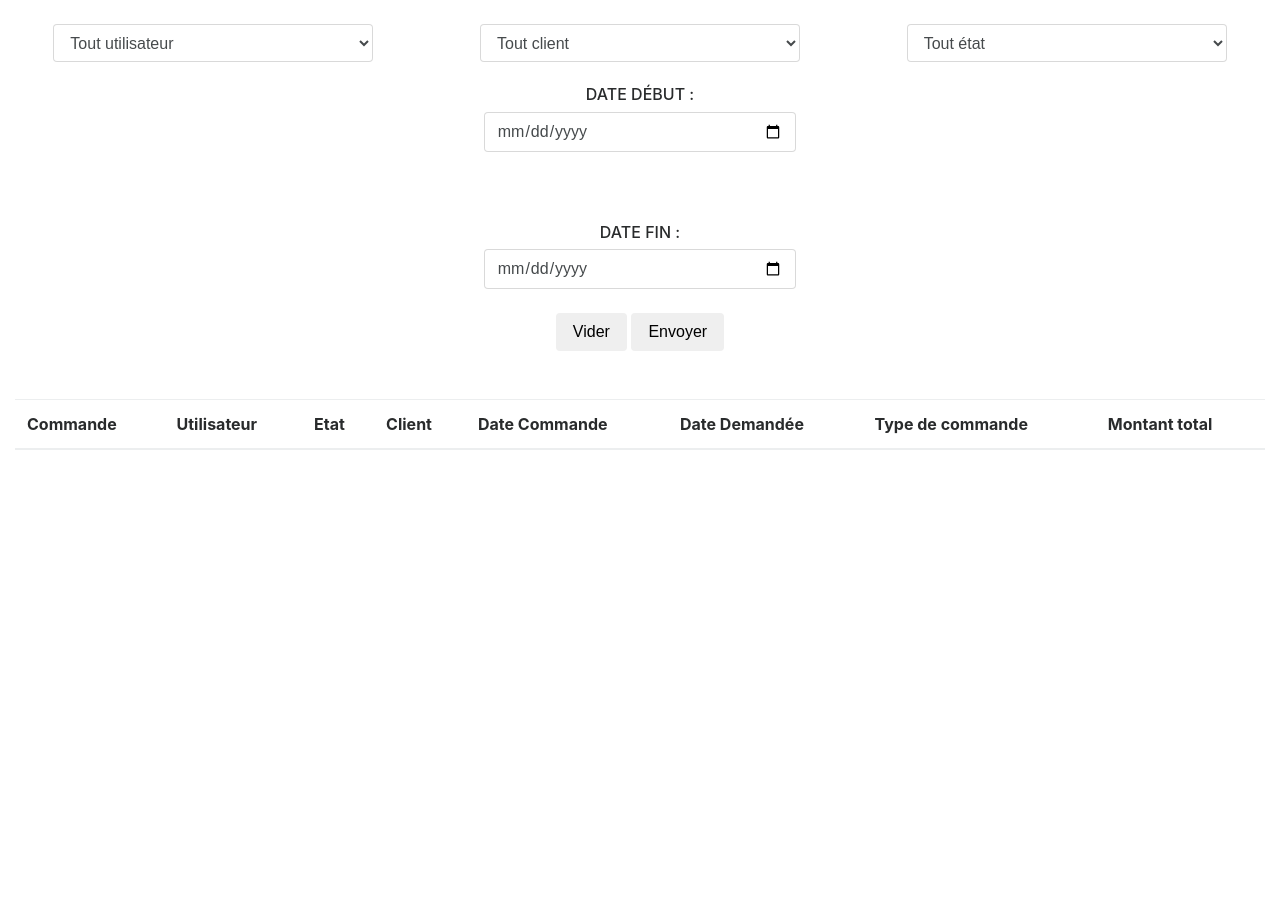
Repository: vmele/Cote
Page: http://localhost/PPE4_VMELE/reporting.jsp
These files come from the project's save history. The page is drawn as it stood at one moment and after the next save; the edit follows.
The browser window is 1280 px wide. The pictures show the whole page.
Some web libraries are served in a nearby version. The page is served by Tomcat 9. Queries for data that is not in the repository find no rows.

Above is the page before, as saved 2017-05-31 16:37:44.
Console error (its wording comes from the project's code and is left out).

After the next save:
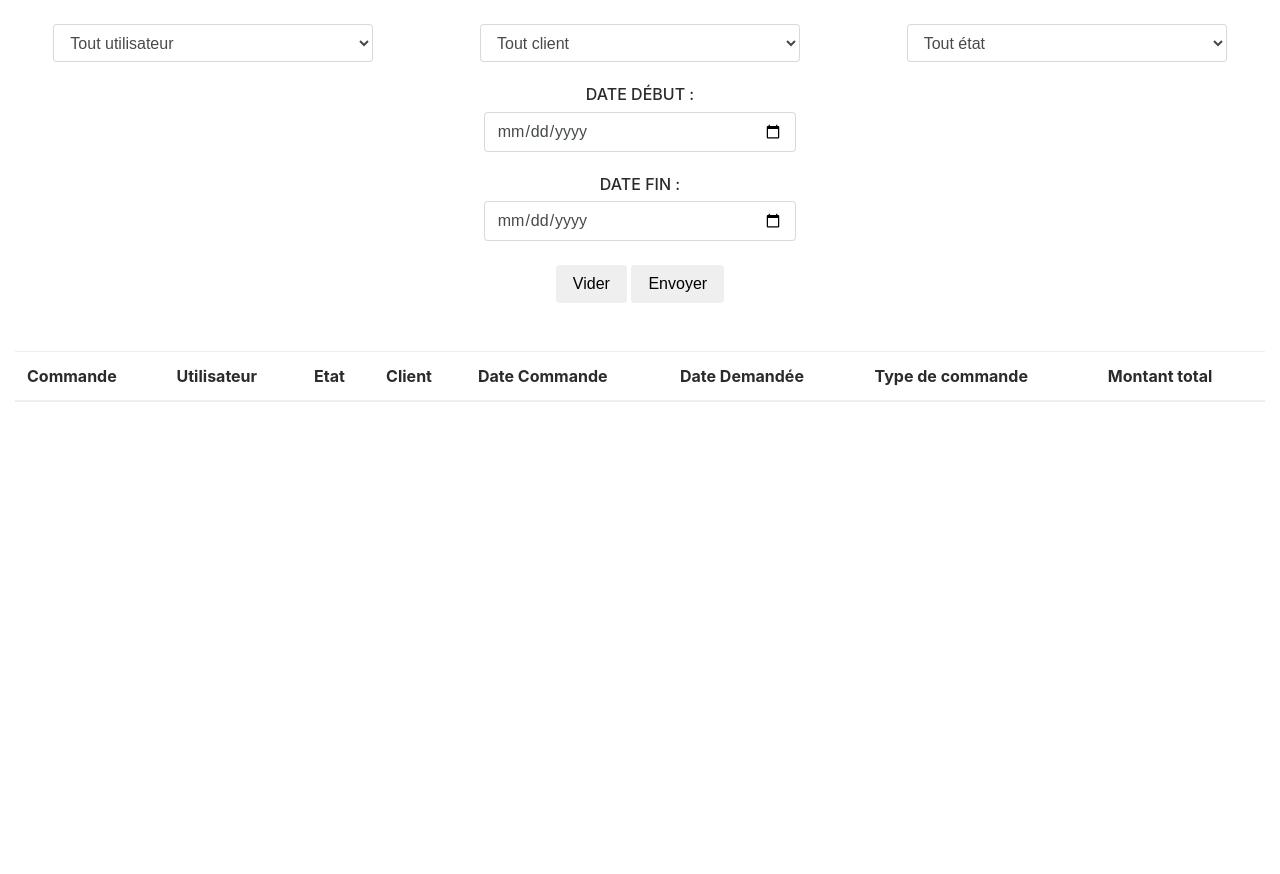
Saved 6 s later.
--- a/Workspace/PPE4_VMELE/WebContent/reporting.jsp
+++ b/Workspace/PPE4_VMELE/WebContent/reporting.jsp
@@ -49,7 +49,7 @@
 				<input type="date" id="dateDebut" name="dateDebut" class="search form-control col-md-3" />
 			</div>
 		</div>
-<br><br><br>
+<br>
 		<h6>Date fin :</h6>
 		<div class="search-container">
 			<div class="ui-widget">
